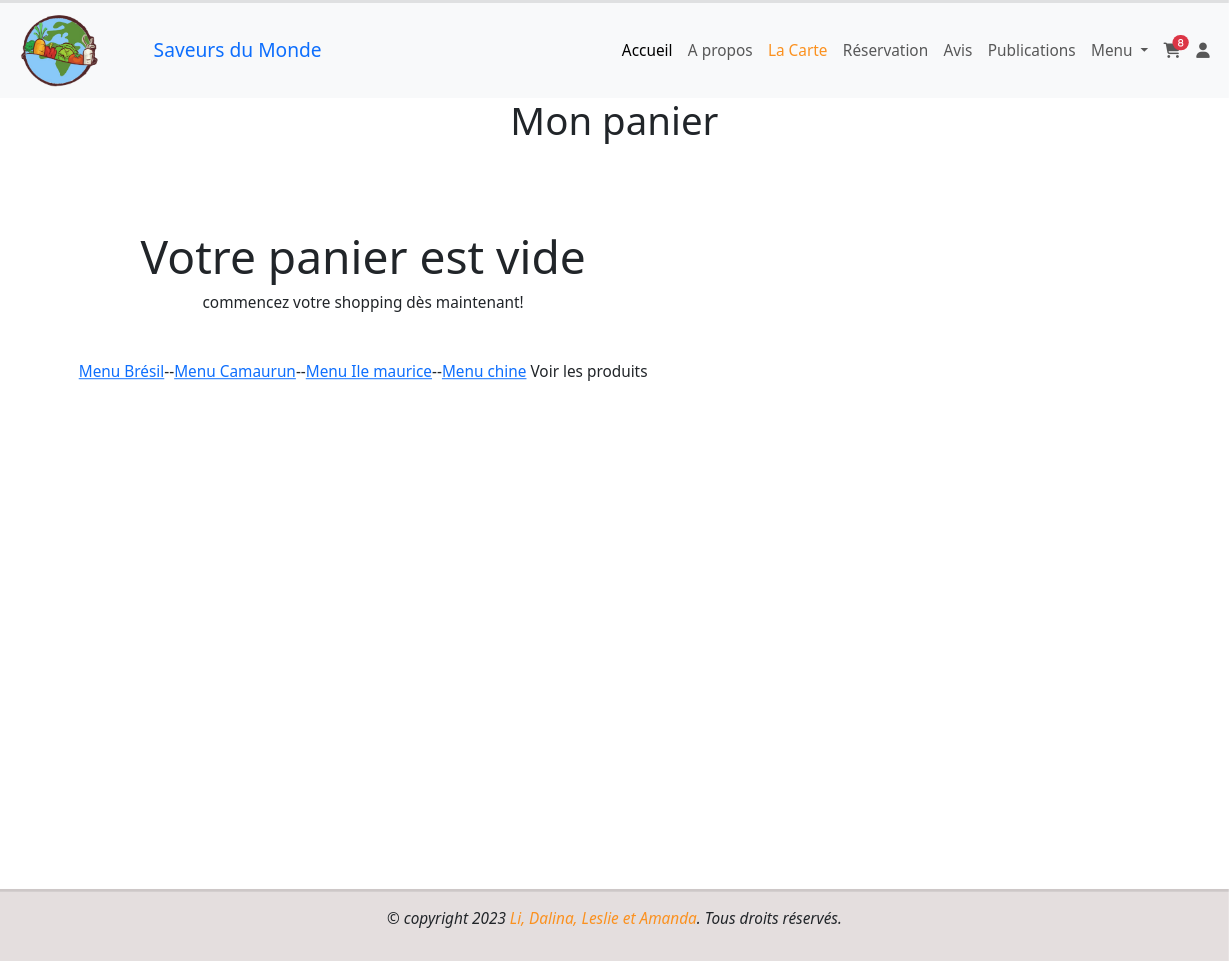
Repository: LI8538/saveur-du-monde
Page: templates/cart/index.html.twig
An editor plug-in stored every save of this project. The page is shown before and after a run of saves, followed by the edit.
The browser window is 1280 px wide. The pictures show the whole page, at 96% of full size.
The page is a Twig template of a Symfony application; nobody is signed in and links lead nowhere. The template is opened directly, without the code that normally fills it, so the values that code supplies are empty.

Above is the page before, as saved 2023-09-07 06:01:29.

After the next 2 saves:
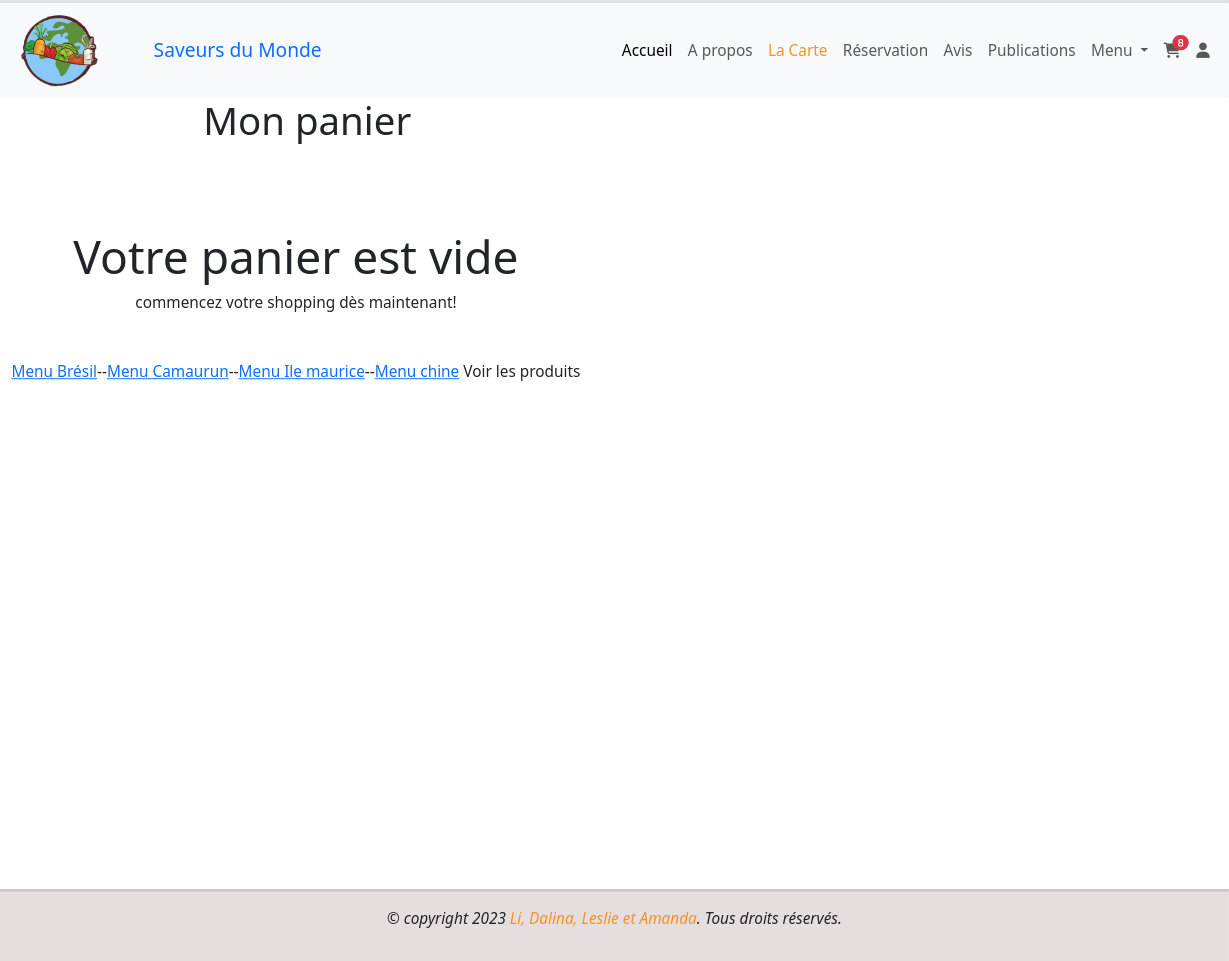
The 2 saves are shown as one change because they came seconds apart.
The last was saved 33 s later.
--- a/templates/cart/index.html.twig
+++ b/templates/cart/index.html.twig
@@ -9,7 +9,7 @@
     color: red;
 }
 </style>
-<section class="d-flex flex-column text-center align-items-center">
+<section class="d-flex flex-column text-center align-items-center w-50">
 <h1>Mon panier</h1>
 {% if cart|length > 0 %}
 {% set total = null %}

After the 2 saves that followed:
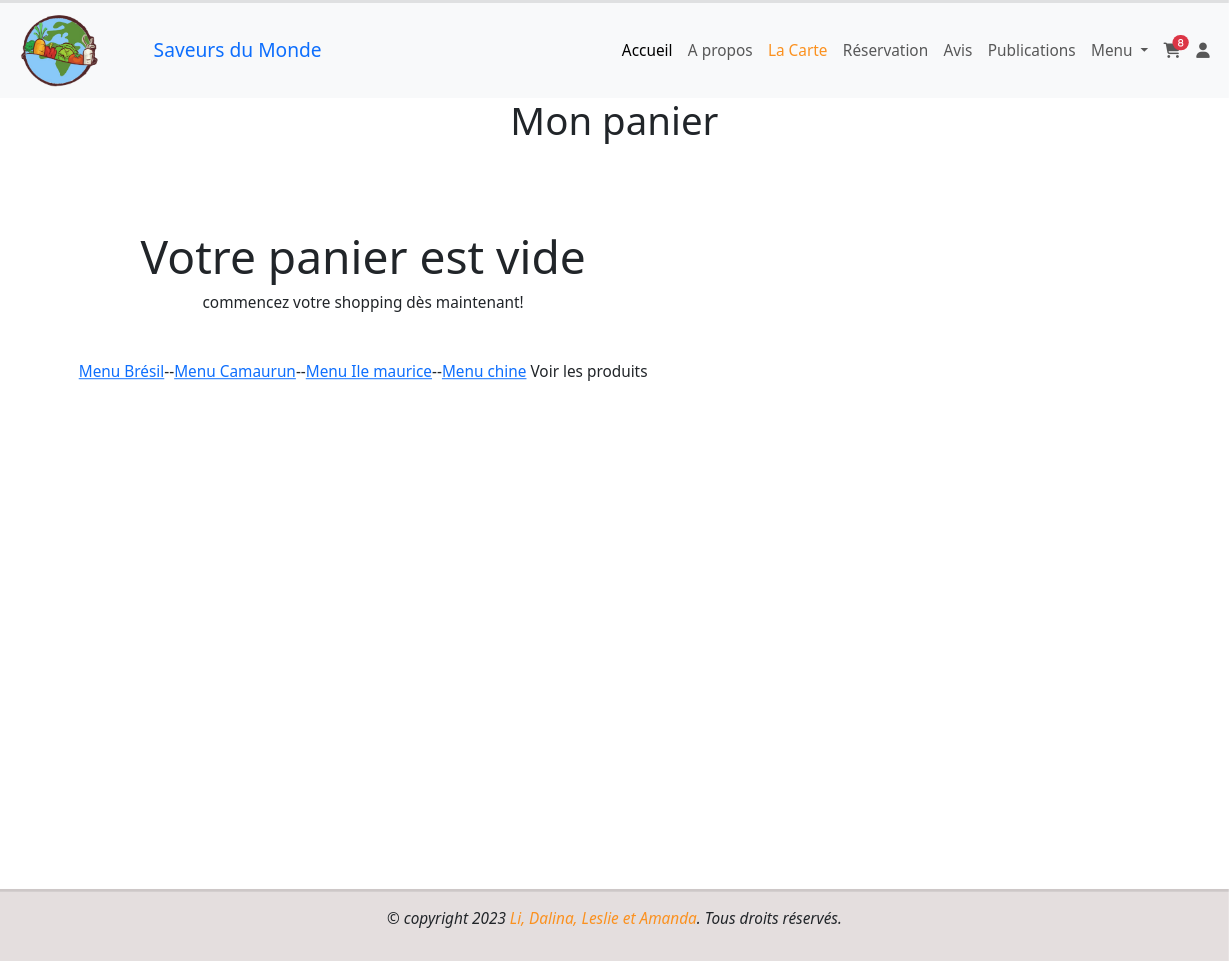
The 2 saves are shown as one change because they came seconds apart.
The last was saved 11 s later.
--- a/templates/cart/index.html.twig
+++ b/templates/cart/index.html.twig
@@ -9,7 +9,7 @@
     color: red;
 }
 </style>
-<section class="d-flex flex-column text-center align-items-center w-50">
+<section class="d-flex flex-column text-center align-items-center">
 <h1>Mon panier</h1>
 {% if cart|length > 0 %}
 {% set total = null %}
